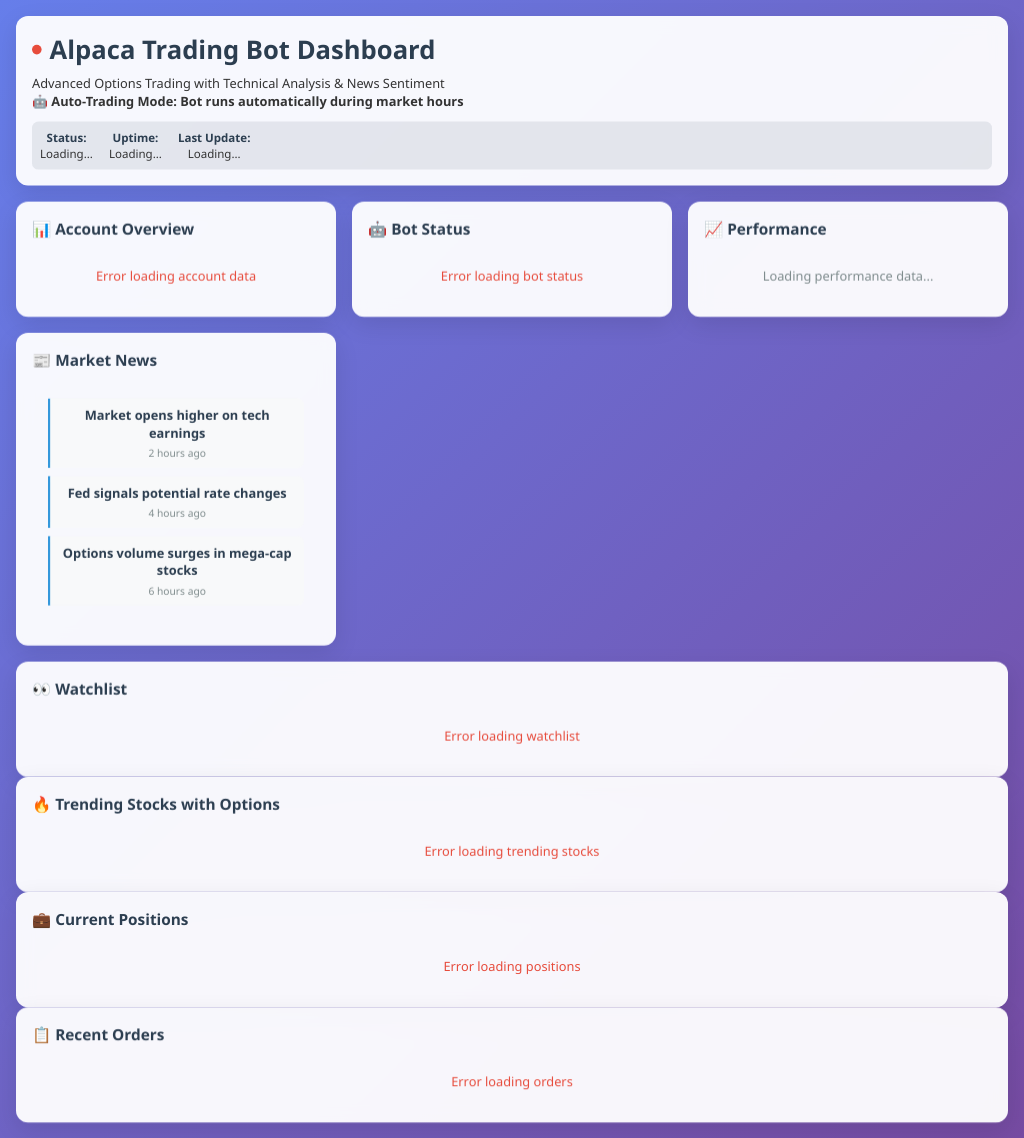
Repository: papykabukanyi/tradingbot
Page: public/index.html
These files come from the project's save history. The page is drawn as it stood at one moment and after the next save; the edit follows.
The browser window is 1280 px wide. The pictures show the whole page, at 80% of full size.
The page's requests for data from a server got no answer.

Above is the page before, as saved 2025-07-20 09:16:09.

After the next save:
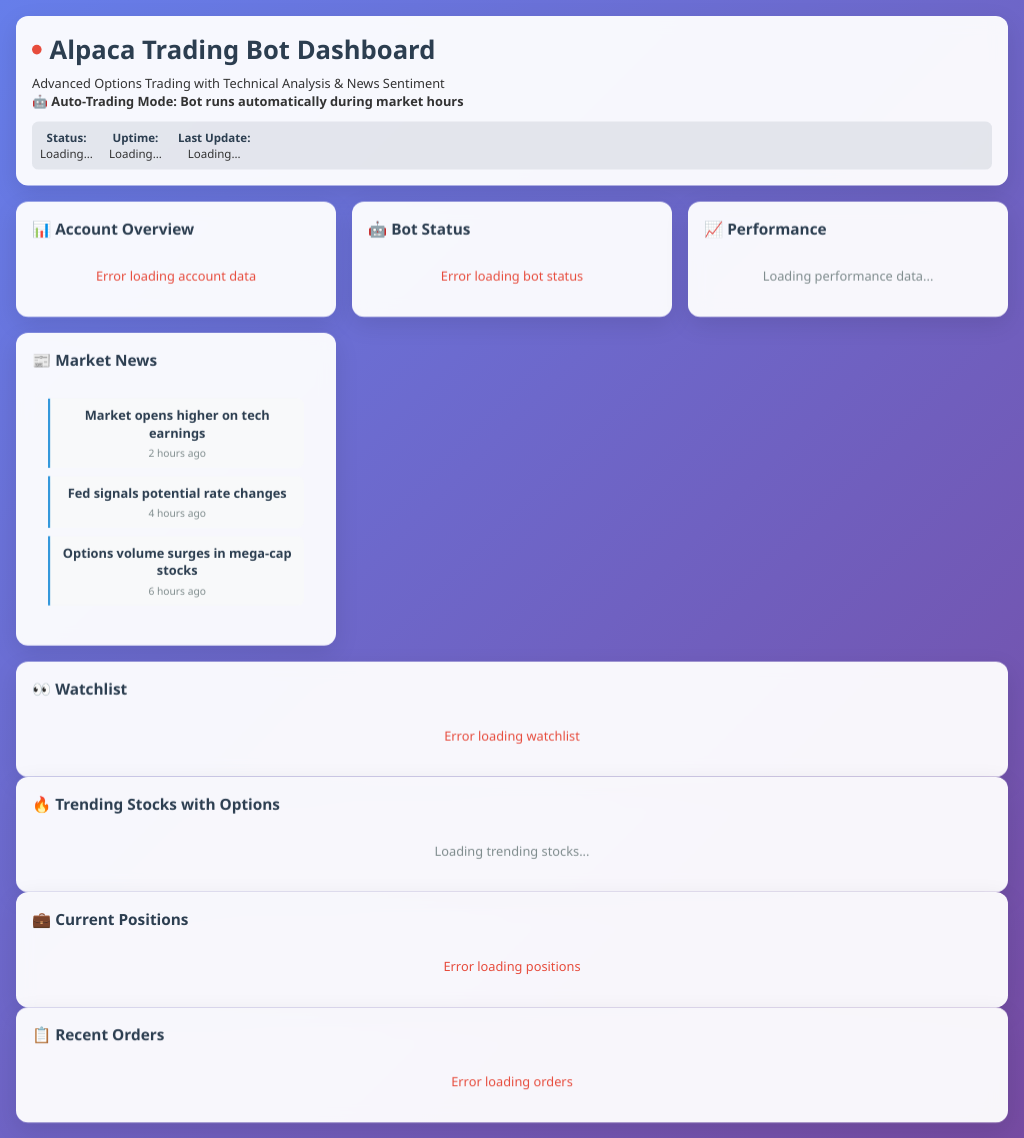
Saved 13 s later.
--- a/public/index.html
+++ b/public/index.html
@@ -648,25 +648,18 @@
             }
         }
 
-        async function startBot() {
-            try {
-                const response = await fetch('/api/bot/start', { method: 'POST' });
-                const result = await response.json();
-                alert(result.message);
-                loadBotStatus();
-            } catch (error) {
-                alert('Error starting bot: ' + error.message);
-            }
-        }
-
-        async function stopBot() {
-            try {
-                const response = await fetch('/api/bot/stop', { method: 'POST' });
-                const result = await response.json();
-                alert(result.message);
-                loadBotStatus();
-            } catch (error) {
-                alert('Error stopping bot: ' + error.message);
+        async function refreshData() {
+            try {
+                await Promise.all([
+                    loadAccountData(),
+                    loadBotStatus(),
+                    loadPositions(),
+                    loadOrders(),
+                    loadWatchlist(),
+                    loadMarketNews()
+                ]);
+            } catch (error) {
+                console.error('Error refreshing data:', error);
             }
         }
     </script>
